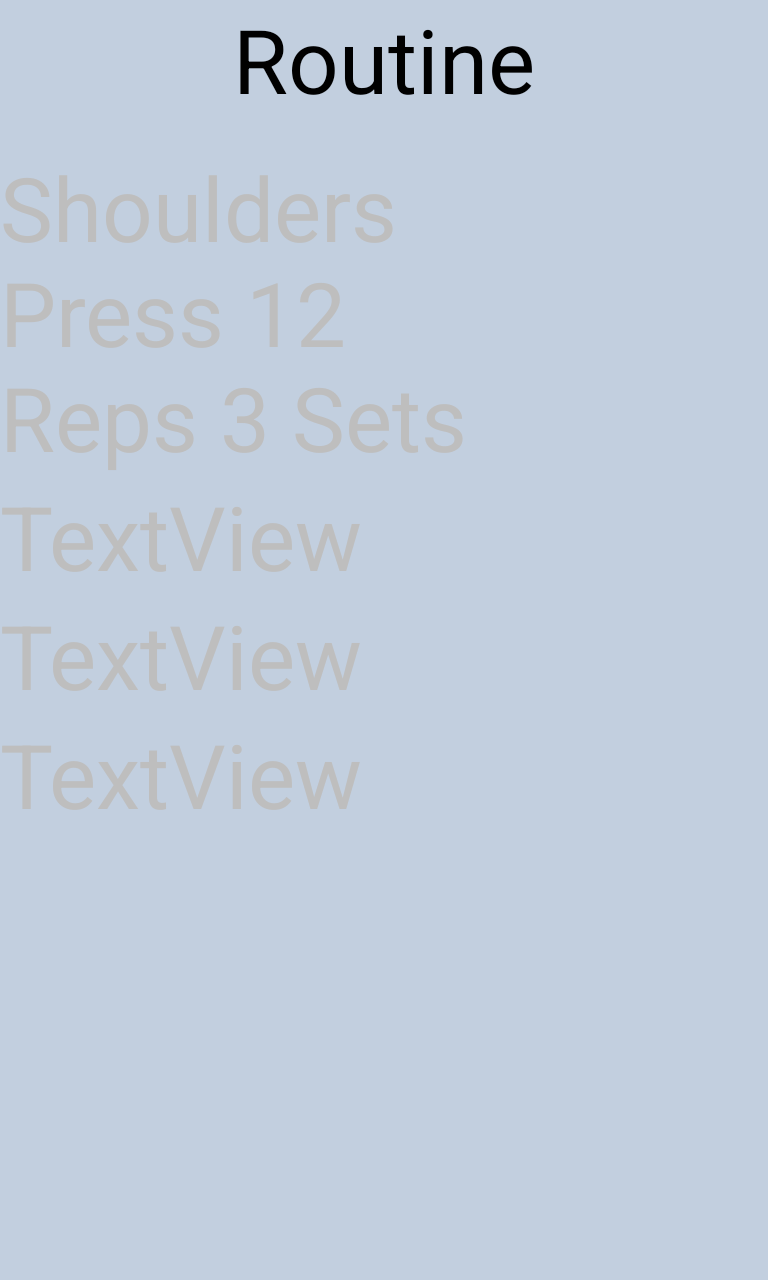
Repository: parinya1968/My-project
Layout: DroidWork/getBig/res/layout/viewr.xml
The author's editor kept a copy of each file at every save. The layout is drawn from the files as they stood at one save, then again after the next save.
It is drawn on a 768 x 1280 px phone screen (xhdpi) without system bars, with theme android:Theme.NoTitleBar.Fullscreen; the app's code is not run.

Above is the layout before, as saved 2012-06-20 06:34:49.

### DroidWork/getBig/res/layout/viewr.xml
<?xml version="1.0" encoding="utf-8"?>
<LinearLayout xmlns:android="http://schemas.android.com/apk/res/android"
    android:layout_width="fill_parent"
    android:layout_height="fill_parent"
    android:background="#C2CFDF"
    android:orientation="vertical" >


    <TextView
        android:id="@+id/textView1"
        android:layout_width="wrap_content"
        android:layout_height="wrap_content"
        android:layout_gravity="center_horizontal"
        android:layout_weight="0.05"
        android:text="Routine"
        android:textColor="#000000"
        android:textSize="20pt" />


    <LinearLayout
        android:layout_width="257dp"
        android:layout_height="wrap_content"
        android:layout_weight="0.76"
        android:orientation="vertical" >

        <TextView
            android:id="@+id/textView2"
            android:layout_width="wrap_content"
            android:layout_height="wrap_content"
            android:textSize="20pt"
            android:text="Shoulders Press 12 Reps 3 Sets" />

        <TextView
            android:id="@+id/textView3"
            android:layout_width="wrap_content"
            android:layout_height="wrap_content"
            android:textSize="20pt"
            android:text="TextView" />

        <TextView
            android:id="@+id/textView4"
            android:layout_width="wrap_content"
            android:layout_height="wrap_content"
            android:textSize="20pt"
            android:text="TextView" />

        <TextView
            android:id="@+id/textView5"
            android:layout_width="wrap_content"
            android:layout_height="wrap_content"
            android:textSize="20pt"
            android:text="TextView" />

    </LinearLayout>

</LinearLayout>

After the next save:
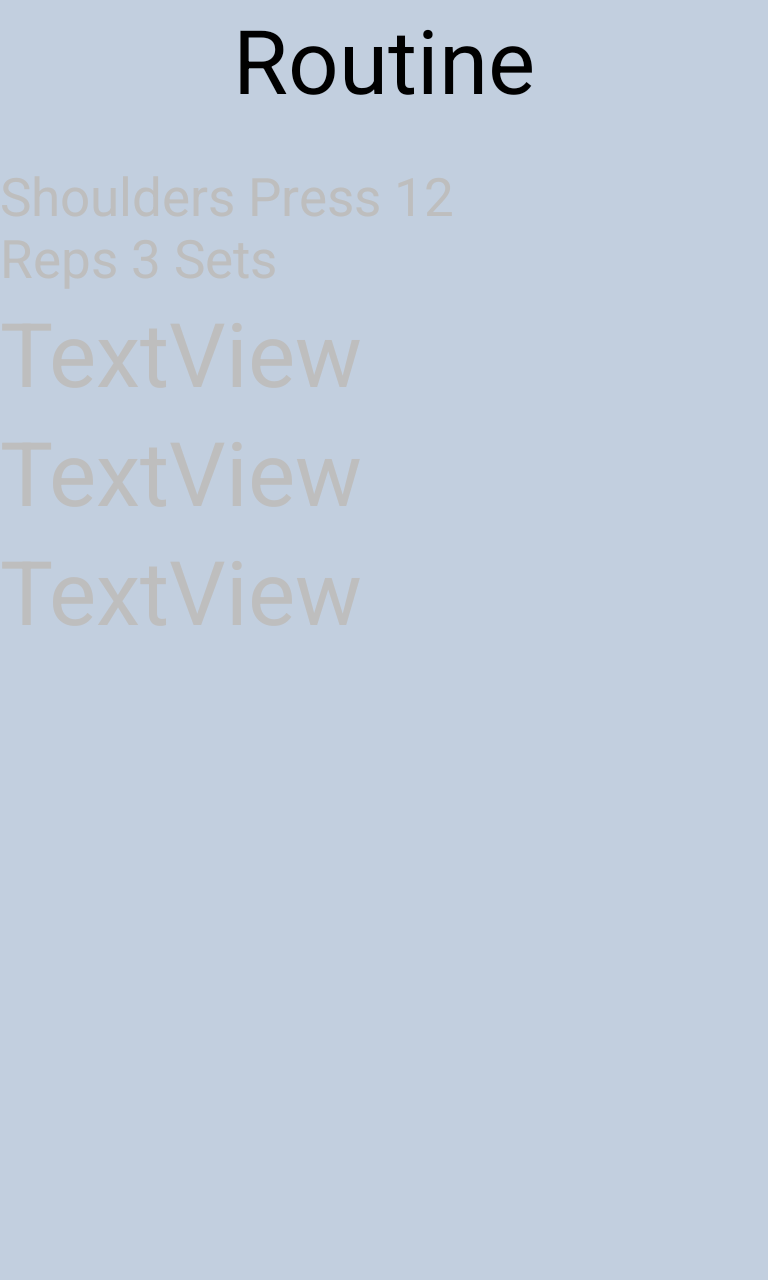
Saved 13 s later.
--- a/DroidWork/getBig/res/layout/viewr.xml
+++ b/DroidWork/getBig/res/layout/viewr.xml
@@ -27,7 +27,7 @@
             android:id="@+id/textView2"
             android:layout_width="wrap_content"
             android:layout_height="wrap_content"
-            android:textSize="20pt"
+            android:textSize="12pt"
             android:text="Shoulders Press 12 Reps 3 Sets" />
 
         <TextView
